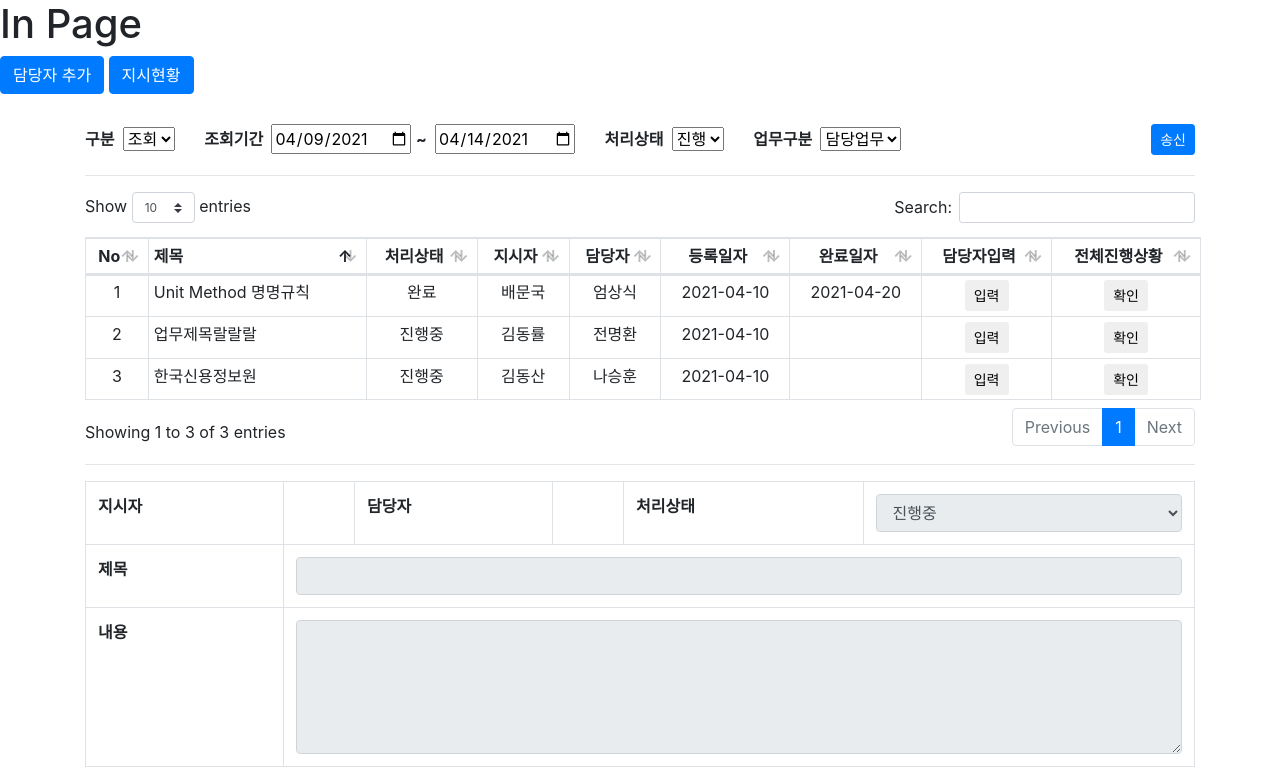
Repository: jungtaeyong/FSB_Project
Page: http://localhost/FsbJobMgt/main.jsp
The author's editor kept a copy of each file at every save. The page is drawn from the files as they stood at one save, then again after the next save.
The browser window is 1280 px wide. The pictures show the whole page.
The page is served by Tomcat 9.

Above is the page before, as saved 2021-04-15 06:01:34.

After the next save:
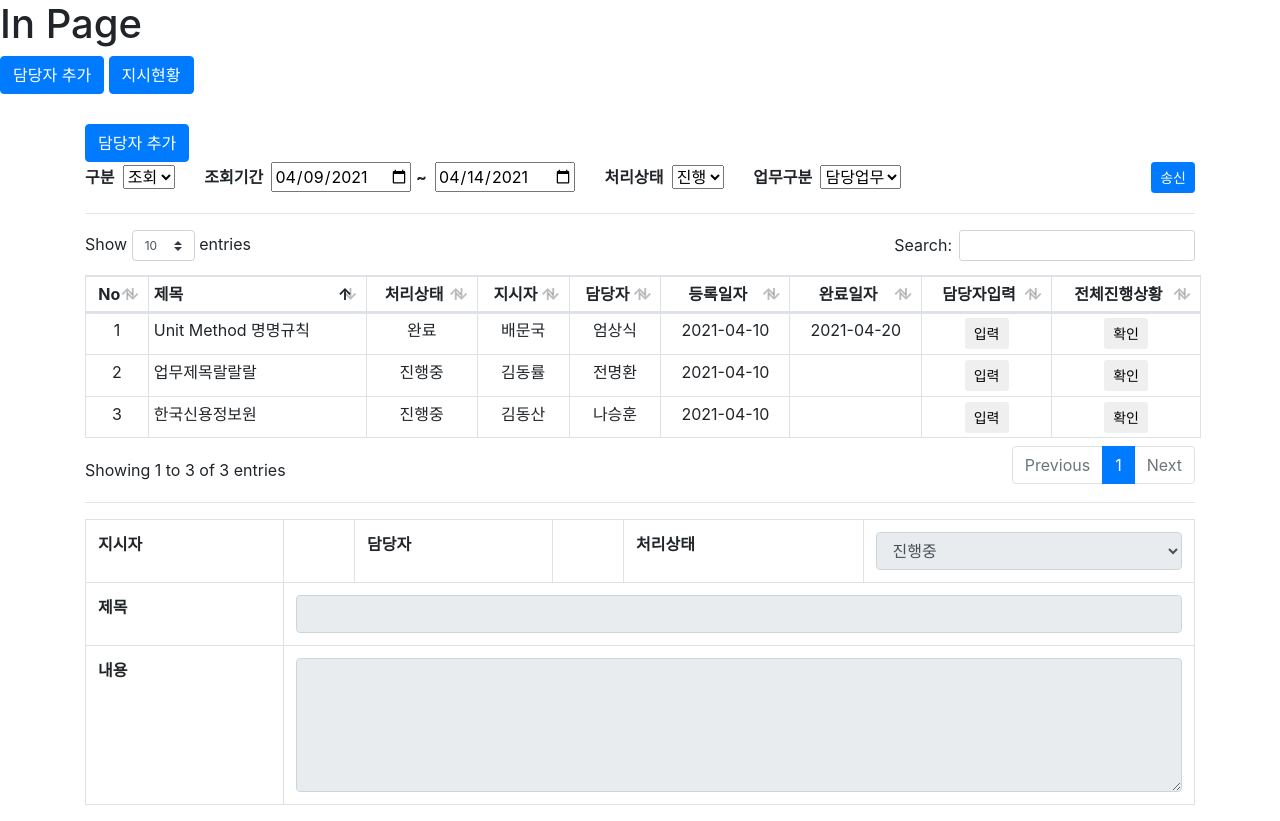
Saved 26 s later.
--- a/FsbJobMgt/WebContent/main.jsp
+++ b/FsbJobMgt/WebContent/main.jsp
@@ -206,6 +206,7 @@
 
 </script>
 <div class="container" style="margin-top:30px">
+<button type="button" class="btn btn-primary" data-toggle="modal" data-target="#exampleModal" data-whatever="@mdo">담당자 추가</button
 	<!-- 조회 조건 -->
 	<div>
 		<div>

After the 2 saves that followed:
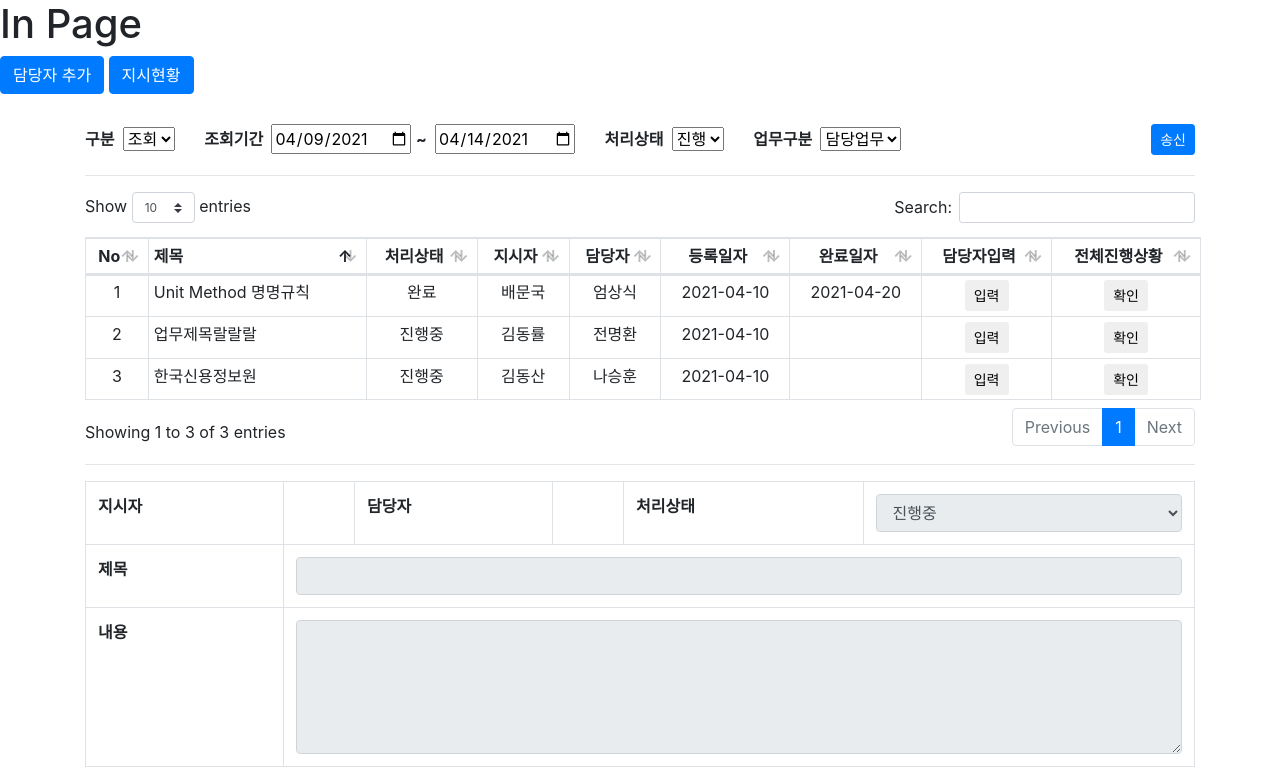
The 2 saves are shown as one change because 1 left the picture as it was.
The last was saved 3 min 5 s later.
--- a/FsbJobMgt/WebContent/main.jsp
+++ b/FsbJobMgt/WebContent/main.jsp
@@ -105,10 +105,10 @@
             {data: "BZWR_REG_DT" },
             {data: "BZWR_CMPL_DT" },
             {data: null , render : function ( data, type, row, meta ) {
-                return '<button name="first_btn" class="btn btn-sm btn-default">입력</button>'
+                return '<button name="first_btn" class="btn btn-sm btn-default data-toggle="modal" data-target="#exampleModal" data-whatever="@mdo"">입력</button>'
             }},
             {data: null , render : function ( data, type, row, meta ) {
-                return '<button name="second_btn" class="btn btn-sm btn-default">확인</button>'
+                return '<button name="second_btn" class="btn btn-sm btn-default" data-toggle="modal" data-target="#exampleModalCenter">확인</button>'
             }}
         ],
         columnDefs: [{ className: 'text-center', targets: [0,2,3,4,5,6,7,8] }],
@@ -206,7 +206,6 @@
 
 </script>
 <div class="container" style="margin-top:30px">
-<button type="button" class="btn btn-primary" data-toggle="modal" data-target="#exampleModal" data-whatever="@mdo">담당자 추가</button
 	<!-- 조회 조건 -->
 	<div>
 		<div>
